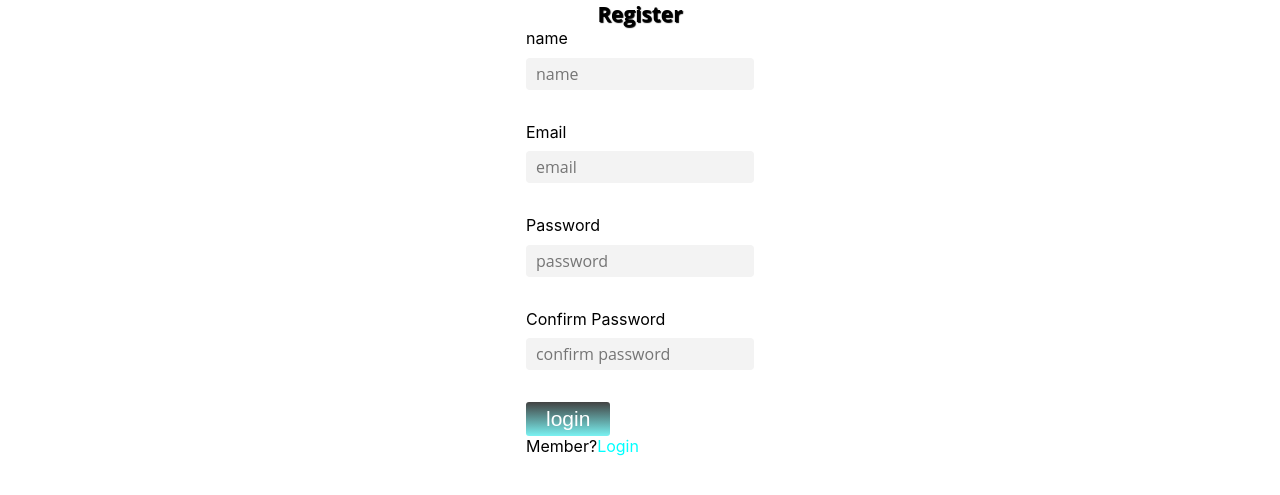
Repository: CSituma/React-Express-Form-Logic
Page: /register (app in client/)
These files come from the project's save history. The page is drawn as it stood at one moment and after the next save; the edit follows.
The browser window is 1280 px wide. The pictures show the whole page.
The project was rebuilt for these pictures with package versions that can differ from the ones it lists, and the page was loaded fresh each time. Also part of the build but not shown: client/src/components/login/login.jsx.

Above is the page before, as saved 2020-11-28 22:00:42.

After the next save:
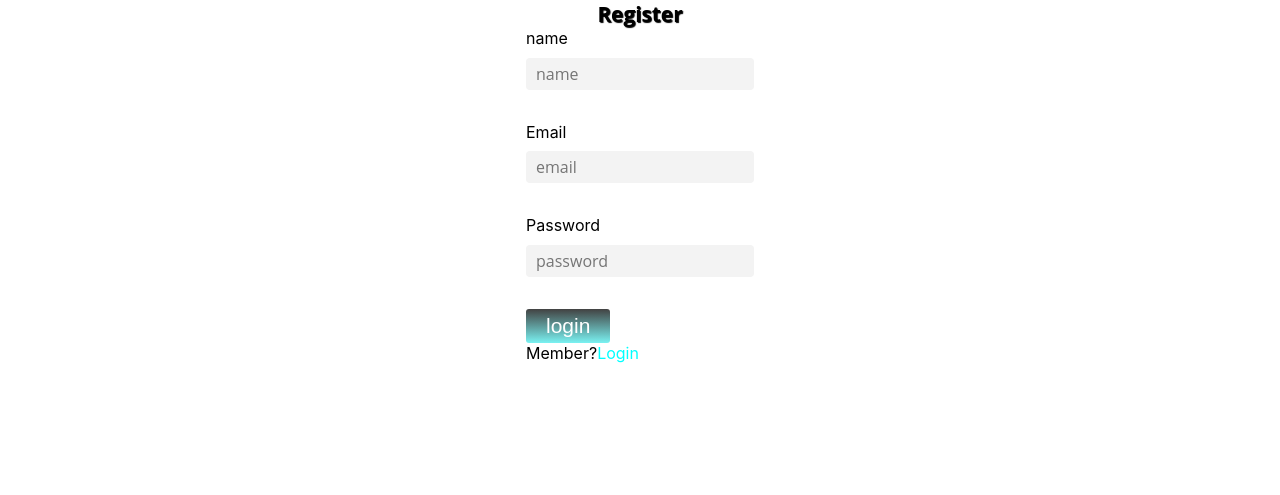
Saved 3 min 17 s later.
--- a/client/src/components/login/register.jsx
+++ b/client/src/components/login/register.jsx
@@ -75,10 +75,7 @@ handleChange = (e) =>{
               <input type="password" name="password"placeholder="password" autoComplete="true" value= {this.state.password} onChange={this.handleChange} />
             </div>
 
-            <div className="form-group">
-              <label htmlFor="password">Confirm Password</label>
-              <input type="password" name="password"placeholder="confirm password" autoComplete="true" value= {this.state.password} onChange={this.handleChange} />
-            </div>
+
 
              <button className="btn">login </button>
 
